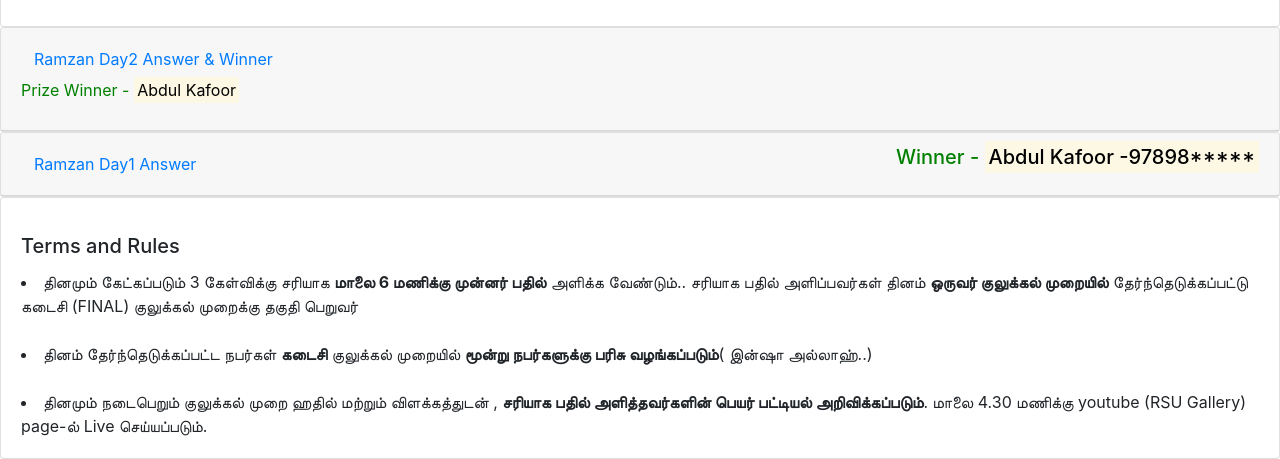
Repository: rsusolutions/RSU-Website
Page: quiz/ramzan2019.html
An editor plug-in stored every save of this project. The page is shown before and after the next save, followed by the edit.
The browser window is 1280 px wide. The pictures show the part of the page from y = 892 to 1351 px (the page is 1351 px tall).
Some web libraries are served in a nearby version.

Above is the page before, as saved 2020-04-21 20:29:33.

### quiz/ramzan2019.html
<!doctype html>
<html lang="en">
  <head>
    <!-- Required meta tags -->
    <meta charset="utf-8">
    <meta name="viewport" content="width=device-width, initial-scale=1, shrink-to-fit=no">

    <!-- Bootstrap CSS -->
    <link rel="stylesheet" href="https://maxcdn.bootstrapcdn.com/bootstrap/4.0.0/css/bootstrap.min.css" integrity="sha384-Gn5384xqQ1aoWXA+058RXPxPg6fy4IWvTNh0E263XmFcJlSAwiGgFAW/dAiS6JXm" crossorigin="anonymous">
    <link rel="stylesheet" href="style.css">
    <script src="script.js"></script>

    <title>quiz</title>
  </head>
  <body>
    <h1>Ramzan Quiz- win Prizes</h1>

    <div id="accordion">
  <div class="card">
    <div class="card-header" id="headingOne">
      <h5 class="mb-0">
        <button class="btn btn-link" data-toggle="collapse" data-target="#collapseOne" aria-expanded="true" aria-controls="collapseOne">
          Ramzan Day3 Questions
        </button>

        <span id="the-final-countdown" style="color: red;" class="float-right"></span>

      </h5>
    </div>

    <div id="collapseOne" class="collapse show" aria-labelledby="headingOne" data-parent="#accordion">
      <div class="card-body">
        <iframe src="https://docs.google.com/forms/d/e/1FAIpQLSd6UtygYL3RCOFx44gQwIOitrrmlKy3ZG4qlwYZ9wipGIknxw/viewform?embedded=true" width="640" height="752" frameborder="0" marginheight="0" marginwidth="0">Loading…</iframe>
      </div>
    </div>
  </div>
  <div class="card">
    <div class="card-header" id="headingTwo">
      <h5 class="mb-0">
        <button class="btn btn-link collapsed" data-toggle="collapse" data-target="#collapseTwo" aria-expanded="false" aria-controls="collapseTwo">
          Ramzan Day2 Answer & Winner
        </button>

      </h5>
      <p style="color: green; margin: center;">Prize Winner - <mark>Abdul Kafoor </p>
    </div>
    <div id="collapseTwo" class="collapse" aria-labelledby="headingTwo" data-parent="#accordion">
      <div class="card-body">
       <div class="card" style="">
          <p></mark></p>
          <div class="card-body">
            <h5 class="card-title">1. Question 1</h5>
            <p class="card-text"><span>&#9989;</span> A) Some quick example text to build on the card title and make up the bulk of the card's content.</p>
            <p class="card-text">B) Some quick example text to build on the card title and make up the bulk of the card's content.</p>
            <p class="card-text">C) Some quick example text to build on the card title and make up the bulk of the card's content.</p>
            <p class="card-text">D) Some quick example text to build on the card title and make up the bulk of the card's content.</p>

            <div class="card-header">
    Correct Answers
  </div>
  <ul class="list-group list-group-flush">
    <li class="list-group-item">Kafoor</li>
    <li class="list-group-item">Abdul</li>
    <li class="list-group-item">abdul</li>
  </ul>
          </div>
        </div>
      </div>
    </div>
  </div>
  <div class="card">
    <div class="card-header" id="headingThree">
      <h5 class="mb-0">
        <button class="btn btn-link collapsed" data-toggle="collapse" data-target="#collapseThree" aria-expanded="false" aria-controls="collapseThree">
          Ramzan Day1 Answer
        </button>
        <span style="color: green;" class="float-right">Winner - <mark>Abdul Kafoor -97898*****</span>
      </h5>
    </div>
    <div id="collapseThree" class="collapse" aria-labelledby="headingThree" data-parent="#accordion">
      <div class="card-body">
        <div class="card" style="">
          <p></mark></p>
          <div class="card-body">
            <h5 class="card-title">1. Question 1</h5>
            <p class="card-text"><span>&#9989;</span> A) Some quick example text to build on the card title and make up the bulk of the card's content.</p>
            <p class="card-text">B) Some quick example text to build on the card title and make up the bulk of the card's content.</p>
            <p class="card-text">C) Some quick example text to build on the card title and make up the bulk of the card's content.</p>
            <p class="card-text">D) Some quick example text to build on the card title and make up the bulk of the card's content.</p>
          </div>
        </div>
      </div>
    </div>
  </div>
</div>

<div class="card" style="">
          <p></mark></p>
          <div class="card-body">
            <h5 class="card-title">Terms and Rules</h5>
            <li class="card-text"> தினமும் கேட்கப்படும் 3 கேள்விக்கு சரியாக <b>மாலை 6 மணிக்கு முன்னர் பதில்</b> அளிக்க வேண்டும்.. சரியாக பதில் அளிப்பவர்கள் தினம் <b>ஒருவர் குலுக்கல் முறையில்</b> தேர்ந்தெடுக்கப்பட்டு கடைசி (FINAL) குலுக்கல் முறைக்கு தகுதி பெறுவர்</li><br>
            <li class="card-text"> தினம் தேர்ந்தெடுக்கப்பட்ட நபர்கள் <b>கடைசி</b> குலுக்கல் முறையில் <b>மூன்று நபர்களுக்கு பரிசு வழங்கப்படும்</b>( இன்ஷா அல்லாஹ்..)</li><br>
            <li class="card-text"> தினமும் நடைபெறும் குலுக்கல் முறை ஹதில் மற்றும் விளக்கத்துடன் , <b>சரியாக பதில் அளித்தவர்களின் பெயர் பட்டியல் அறிவிக்கப்படும்</b>. மாலை 4.30 மணிக்கு youtube (RSU Gallery) page-ல் Live செய்யப்படும்.</li>

          </div>
        </div>



    <!-- Optional JavaScript -->
    <!-- jQuery first, then Popper.js, then Bootstrap JS -->
    <script src="https://code.jquery.com/jquery-3.2.1.slim.min.js" integrity="sha384-KJ3o2DKtIkvYIK3UENzmM7KCkRr/rE9/Qpg6aAZGJwFDMVNA/GpGFF93hXpG5KkN" crossorigin="anonymous"></script>
    <script src="https://cdnjs.cloudflare.com/ajax/libs/popper.js/1.12.9/umd/popper.min.js" integrity="sha384-ApNbgh9B+Y1QKtv3Rn7W3mgPxhU9K/ScQsAP7hUibX39j7fakFPskvXusvfa0b4Q" crossorigin="anonymous"></script>
    <script src="https://maxcdn.bootstrapcdn.com/bootstrap/4.0.0/js/bootstrap.min.js" integrity="sha384-JZR6Spejh4U02d8jOt6vLEHfe/JQGiRRSQQxSfFWpi1MquVdAyjUar5+76PVCmYl" crossorigin="anonymous"></script>
  </body>
</html>

### quiz/style.css
@import url(https://fonts.googleapis.com/css?family=Lato:100,400);
/* #the-final-countdown {
  background: #333;
  font-family: 'Lato', sans-serif;
  text-align: center;
  color: #eee;
  text-shadow: 1px 1px 5px black;
  padding: 1rem 0;
  font-size: 3rem;
  border: 1px solid #000;
} */

### quiz/script.js
setInterval(function time() {
    var d = new Date();
    var hours = 18 - d.getHours();
    var min = 60 - d.getMinutes();
    if ((min + "").length == 1) {
        min = "0" + min;
    }
    var sec = 60 - d.getSeconds();
    if ((sec + "").length == 1) {
        sec = "0" + sec;
    }
    if(hours<0||min<0||sec<0){
        jQuery("#the-final-countdown").text("Time Up");
    }
    else{

        jQuery("#the-final-countdown").text("Time Left "+hours + ":" + min + ":" + sec);
    }
}, 1000);

After the next save:
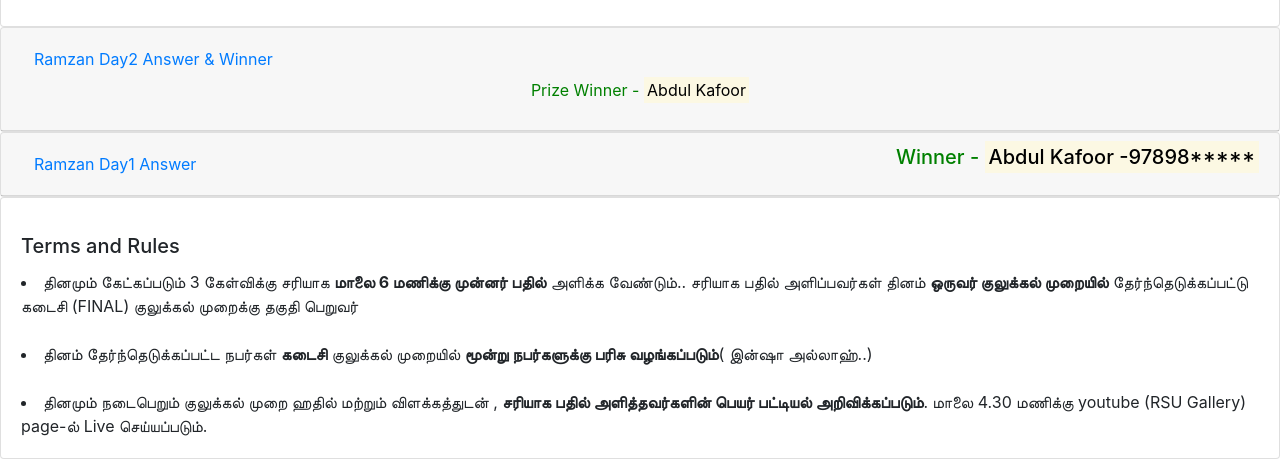
Saved 17 s later.
--- a/quiz/ramzan2019.html
+++ b/quiz/ramzan2019.html
@@ -42,7 +42,7 @@
         </button>
 
       </h5>
-      <p style="color: green; margin: center;">Prize Winner - <mark>Abdul Kafoor </p>
+      <p style="color: green; text-align: center;">Prize Winner - <mark>Abdul Kafoor </p>
     </div>
     <div id="collapseTwo" class="collapse" aria-labelledby="headingTwo" data-parent="#accordion">
       <div class="card-body">
